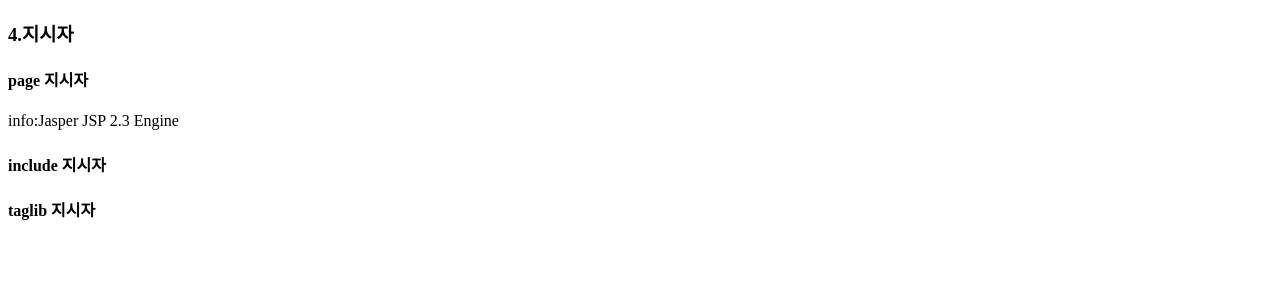
Repository: gahuileeee/JSP
Page: http://localhost/ch02/4.지시자.jsp
These files come from the project's save history. The page is drawn as it stood at one moment and after the next save; the edit follows.
The browser window is 1280 px wide. The pictures show the whole page.
The page is served by Tomcat 9. Other server files are loaded and not shown.

Above is the page before, as saved 2024-01-29 02:18:57.

### ch02/src/main/webapp/4.지시자.jsp
<%@ page contentType="text/html; charset=UTF-8" pageEncoding="UTF-8"%>
<!DOCTYPE html>
<html>
	<head>
		<meta charset="UTF-8">
		<title>4.지시자</title>
	</head>
	<body>
		<h3>4.지시자</h3>
		<h4>page 지시자</h4>
		<p>
			info:<%= getServletInfo() %>
		</p>
		<h4>include 지시자</h4>
		<h4>taglib 지시자</h4>
	</body>
</html>

After the next save:
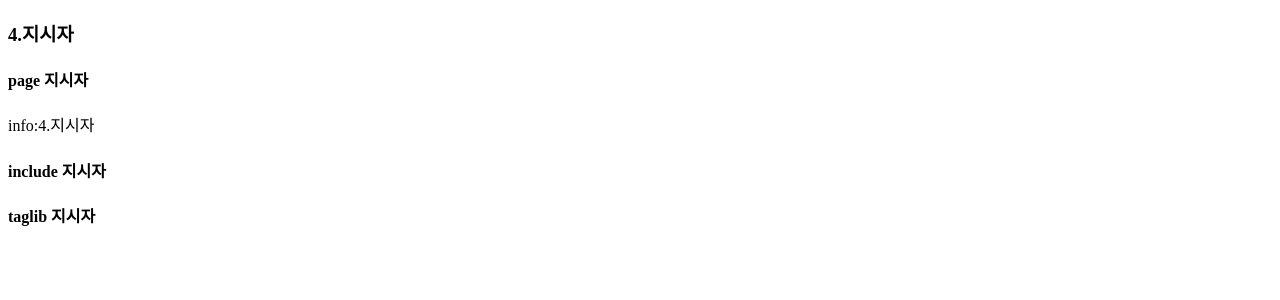
Saved 28 s later.
--- a/ch02/src/main/webapp/4.지시자.jsp
+++ b/ch02/src/main/webapp/4.지시자.jsp
@@ -1,4 +1,4 @@
-<%@ page contentType="text/html; charset=UTF-8" pageEncoding="UTF-8"%>
+<%@ page contentType="text/html; charset=UTF-8" pageEncoding="UTF-8" info="4.지시자"%>
 <!DOCTYPE html>
 <html>
 	<head>
